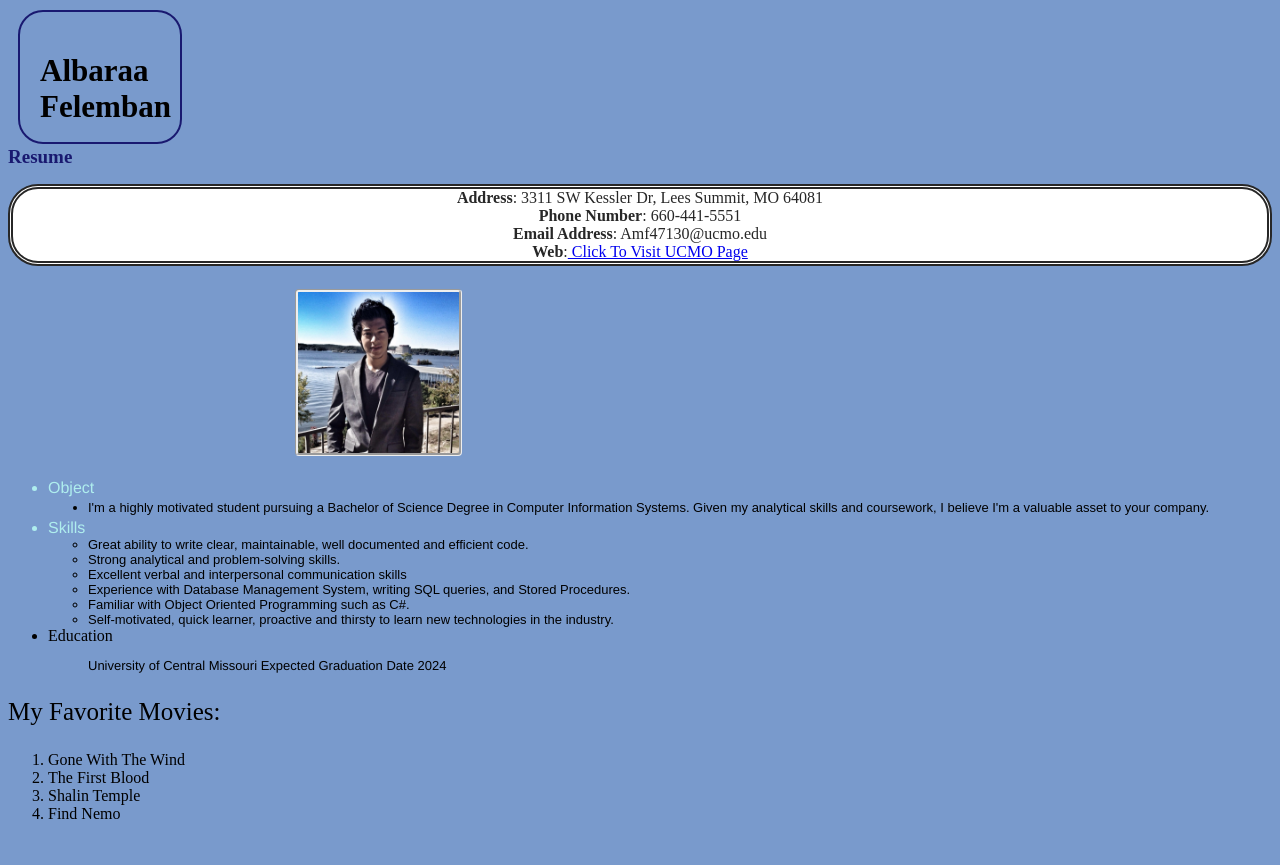
Repository: MrFelemban/RealEstate_Web-cis2625
Page: lesson1/index.html
The author's editor kept a record of every edit. The page is drawn from the files as they stood at one moment, then again after the next edit.
The browser window is 1280 px wide. The pictures show the whole page.

Above is the page before.

### lesson1/index.html
<!DOCTYPE html>

<head>
	<meta charset="UTF-8">
	<title> My Resume </title>
	<link rel="stylesheet" href="./Resume.css" type="text/css">
</head>

<body>
	<table name="top" id="top">
		<tr>
			<td>
				<img src="PersonalPhoto.jpg" alt="Profile Picture">
			</td>
			<div class="Div_Name">
				<h1> Albaraa Felemban</h1>
			</div>
			<h2>Resume</h2>
			<div class="myDiv">
				<b>Address</b>: 3311 SW Kessler Dr, Lees Summit, MO 64081</br>
				<b>Phone Number</b>: 660-441-5551</br>
				<b>Email Address</b>: Amf47130@ucmo.edu</br>
				<b>Web</b>:<a href=" http://www.ucmo.edu"> Click To Visit UCMO Page </a>
				</td>
		</tr>
		</div>
	</table>
	<ul>
		<li class="Subject">Object</li>

		<li id="Hook">I'm a highly motivated student pursuing a Bachelor of Science Degree in Computer Information Systems. Given my analytical skills and coursework, I believe I'm a valuable asset to your company.</li>

		<li class="Subject">Skills</li>

		<div class="Skills">
			<ul>
				<li>Great ability to write clear, maintainable, well documented and efficient code.</li>
				<li>Strong analytical and problem-solving skills.</li>
				<li>Excellent verbal and interpersonal communication skills</li>
				<li>Experience with Database Management System, writing SQL queries, and Stored Procedures.</li>
				<li>Familiar with Object Oriented Programming such as C#.</li>
				<li>Self-motivated, quick learner, proactive and thirsty to learn new technologies in the industry.</li>
			</ul>
		</div>
		<li>Education</li>
		<p id="Education">
			University of Central Missouri Expected Graduation Date 2024
		</p>
	</ul>
	<p> My Favorite Movies: </p>
	<ol>
		<li>Gone With The Wind</li>
		<li>The First Blood</li>
		<li>Shalin Temple</li>
		<li>Find Nemo</li>
	</ol>



</body>

</html>

### lesson1/Resume.css
	body {
		background-color: #799ACC;
	}

	.myDiv {
		border: 5px double #272727;
		border-radius: 30px;
		background-color: white;
		text-align: center;
		list-style-position: inside;
		color: #272727;

	}

	img {
		width: 161px;
		height: 161px;
		margin-left: 170%;
		margin-top: 20px;
		text-align: justify;
		border-radius: 4px;
		border: groove;


	}

	.Div_Name {

		margin: 10px;
		padding: 5px;
		background: transparent;
		font-size: 97%;
		float: inherit;
		margin-bottom: 2px;
		list-style-position: inside;

		border-radius: 25px;
		border: 2px solid #191970;
		padding: 20px;
		width: 120px;
		height: 90px;
	}

	p {
		font-family: serif;
		font-size: 25px;
		color: black;
	}

	#Hook {
		font-family: sans-serif;
		color: black;
		font-size: 13px;
		margin-left: 40px;
		margin-top: 3px;
		text-align: justify;
	}

	.Subject {
		font-family: helvetica;
		color: #AFEEEE;
		text-align: justify;
		margin-top: 4px;

	}


	.Skills>ul li {
		color: black;
		font-family: sans-serif;
		font-size: 13px;

	}

/* "Resume" word code*/
	h2 {
		color: #191970;
		font-size: 19px;
		font-family: Black Times;
		margin-top: 1px;

}

	#Education {
		font-family: helvetica;
		color: Black;
		font-size: 13px;
		margin-left: 40px;
	}
	.Course_Work {
		font-family: sans-serif;
		font-size: 13px;
	}
	#Courses{
		margin-top:-9px;
		margin-bottom: -10px;
		margin-left: 5px;
		font-size:19px;
		color: #CD853F;
		text-shadow: 2px 0 black, 0 1px black, 1px 0 black, 0 -1px black;

	}

After the next edit:
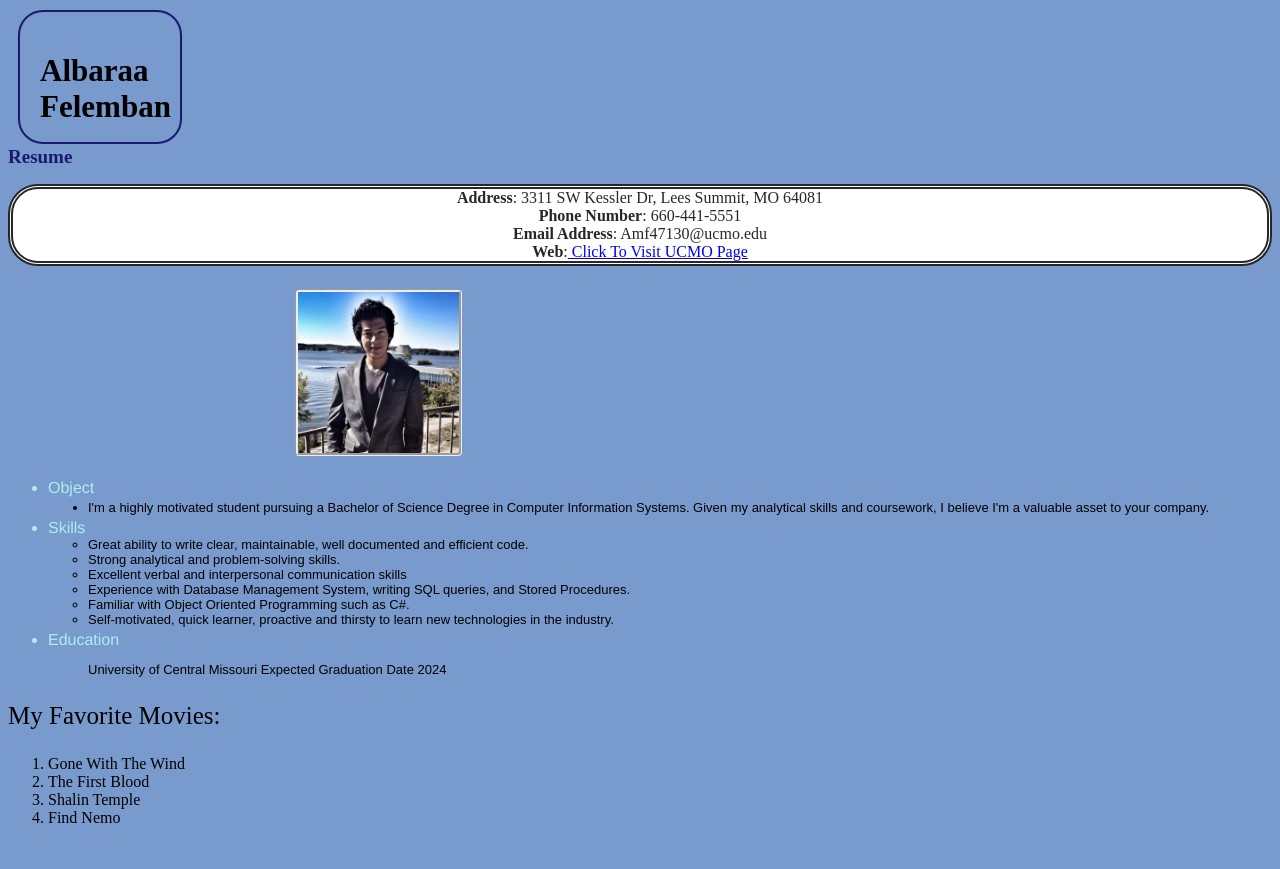
The edit:
--- a/lesson1/index.html
+++ b/lesson1/index.html
@@ -42,7 +42,7 @@
 				<li>Self-motivated, quick learner, proactive and thirsty to learn new technologies in the industry.</li>
 			</ul>
 		</div>
-		<li>Education</li>
+		<li class="Subject">Education</li>
 		<p id="Education">
 			University of Central Missouri Expected Graduation Date 2024
 		</p>
